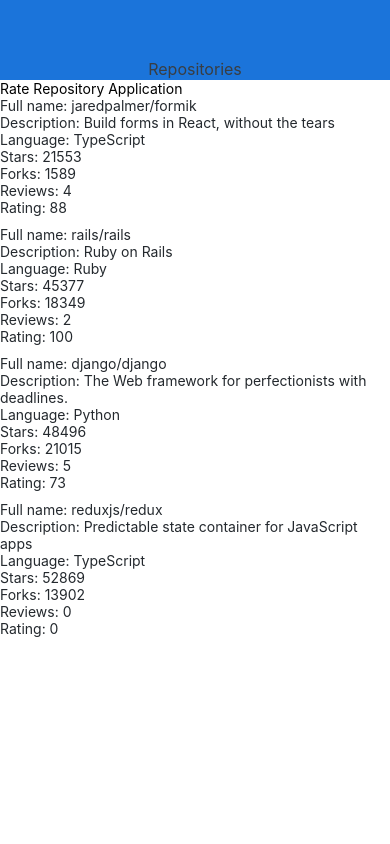
Repository: OrmeSile/react-native-FSO
Screen: / (app in rate-repository-app/)
An editor plug-in stored every save of this project. The screen is shown before and after the next save, followed by the edit.
The app was drawn by React Native's web renderer in a window 390 px wide. The project was rebuilt for these pictures with package versions that can differ from the ones it lists, and the page was loaded fresh each time. Some packages were replaced by stand-ins written for this rebuild.

Above is the screen before, as saved 2022-05-15 16:41:27.

After the next save:
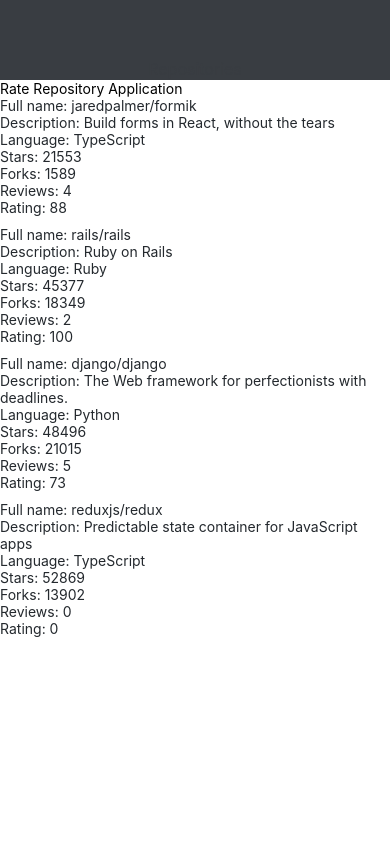
Saved 21 s later.
--- a/rate-repository-app/src/components/AppBar.jsx
+++ b/rate-repository-app/src/components/AppBar.jsx
@@ -19,7 +19,6 @@
     alignItems: 'center',
     justifyContent: 'flex-end',
     padding: 1,
-    backgroundColor: theme.colors.primary
   }
 });
 
